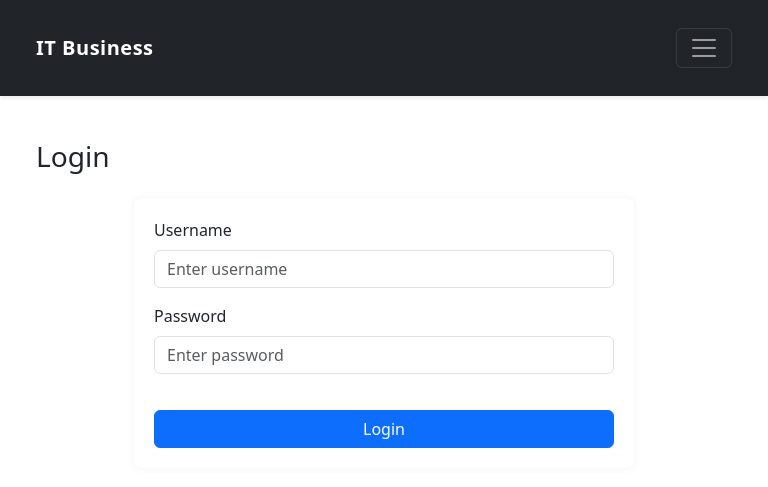
Repository: asmsaifulislam/it_business
Page: http://localhost/login
These files come from the project's save history. The page is drawn as it stood at one moment and after a run of saves; the edit follows.
The browser window is 768 px wide. The pictures show the whole page.
The page is served by the project's application, run on Flask 3 (app.py).

Above is the page before, as saved 2025-09-05 09:05:16.

After the next 2 saves:
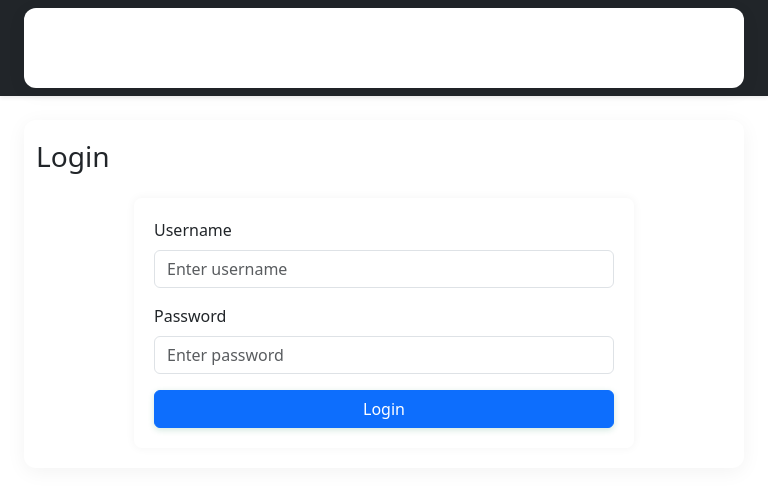
The 2 saves are shown as one change because they came seconds apart.
The last was saved 4 min 16 s later.
--- a/static/style.css
+++ b/static/style.css
@@ -11,6 +11,12 @@ body {
 /* Navbar */
 nav.navbar {
     box-shadow: 0 2px 4px rgba(0, 0, 0, 0.1);
+    background-color: #ffffff;
+    transition: box-shadow 0.3s ease;
+}
+
+.navbar:hover {
+    box-shadow: 0 4px 12px rgba(0, 0, 0, 0.15);
 }
 
 .navbar-brand {
@@ -22,6 +28,27 @@ nav.navbar {
 .nav-link {
     font-size: 1rem;
     margin-right: 12px;
+    position: relative;
+    transition: color 0.3s ease;
+}
+
+.nav-link::after {
+    content: '';
+    position: absolute;
+    left: 0;
+    bottom: -4px;
+    width: 0%;
+    height: 2px;
+    background-color: #198754;
+    transition: width 0.3s ease;
+}
+
+.nav-link:hover {
+    color: #198754;
+}
+
+.nav-link:hover::after {
+    width: 100%;
 }
 
 /* Container */
@@ -29,6 +56,12 @@ nav.navbar {
     padding: 30px 20px;
     max-width: 960px;
     margin: 0 auto;
+    background-color: #ffffff;
+    border-radius: 12px;
+    box-shadow: 0 4px 20px rgba(0, 0, 0, 0.05);
+    transform-style: preserve-3d;
+    perspective: 1000px;
+    animation: fadeInUp 0.6s ease forwards;
 }
 
 /* Headings */
@@ -36,6 +69,7 @@ h2 {
     font-weight: 600;
     color: #2c3e50;
     margin-bottom: 30px;
+    transform: translateZ(20px);
 }
 
 /* Tables */
@@ -45,6 +79,7 @@ table {
     width: 100%;
     max-width: 800px;
     border-collapse: collapse;
+    transition: transform 0.3s ease;
 }
 
 .table th {
@@ -59,6 +94,15 @@ table {
     text-align: center;
     padding: 10px;
     background-color: #ffffff;
+}
+
+.table tbody tr {
+    transition: background-color 0.3s ease, transform 0.3s ease;
+}
+
+.table tbody tr:hover {
+    background-color: #f0f8ff;
+    transform: scale(1.01) translateZ(10px);
 }
 
 /* Buttons */
@@ -66,8 +110,17 @@ table {
     font-weight: 500;
     padding: 10px 18px;
     border-radius: 6px;
-    margin-top: 20px;
     font-size: 0.95rem;
+    background-color: #198754;
+    color: white;
+    transition: all 0.3s ease;
+    box-shadow: 0 2px 6px rgba(25, 135, 84, 0.2);
+}
+
+.btn:hover {
+    transform: translateY(-2px) scale(1.05);
+    box-shadow: 0 6px 16px rgba(25, 135, 84, 0.3);
+    background-color: #157347;
 }
 
 /* Cards */
@@ -76,6 +129,12 @@ table {
     border: none;
     text-align: center;
     border-radius: 8px;
+    transition: transform 0.3s ease, box-shadow 0.3s ease;
+}
+
+.card:hover {
+    transform: rotateX(3deg) rotateY(3deg);
+    box-shadow: 0 6px 16px rgba(0, 0, 0, 0.1);
 }
 
 .card-header {
@@ -88,6 +147,7 @@ table {
     font-size: 0.9rem;
     max-width: 600px;
     margin: 0 auto 20px;
+    animation: fadeInUp 0.5s ease forwards;
 }
 
 /* Forms */
@@ -99,6 +159,7 @@ form {
     padding: 30px;
     border-radius: 8px;
     box-shadow: 0 0 10px rgba(0, 0, 0, 0.05);
+    animation: fadeInUp 0.6s ease forwards;
 }
 
 .form-label {
@@ -111,6 +172,12 @@ form {
     font-size: 0.95rem;
     padding: 10px;
     margin-bottom: 15px;
+    transition: box-shadow 0.3s ease;
+}
+
+.form-control:focus {
+    box-shadow: 0 0 8px rgba(25, 135, 84, 0.3);
+    border-color: #198754;
 }
 
 /* Badges */
@@ -120,6 +187,18 @@ form {
     border-radius: 4px;
 }
 
+/* Animations */
+@keyframes fadeInUp {
+    from {
+        opacity: 0;
+        transform: translateY(20px);
+    }
+    to {
+        opacity: 1;
+        transform: translateY(0);
+    }
+}
+
 /* Responsive Enhancements */
 @media (max-width: 768px) {
     .container {
@@ -133,4 +212,8 @@ form {
     .btn {
         width: 100%;
     }
-}
+
+    h2 {
+        font-size: 1.4rem;
+    }
+}
